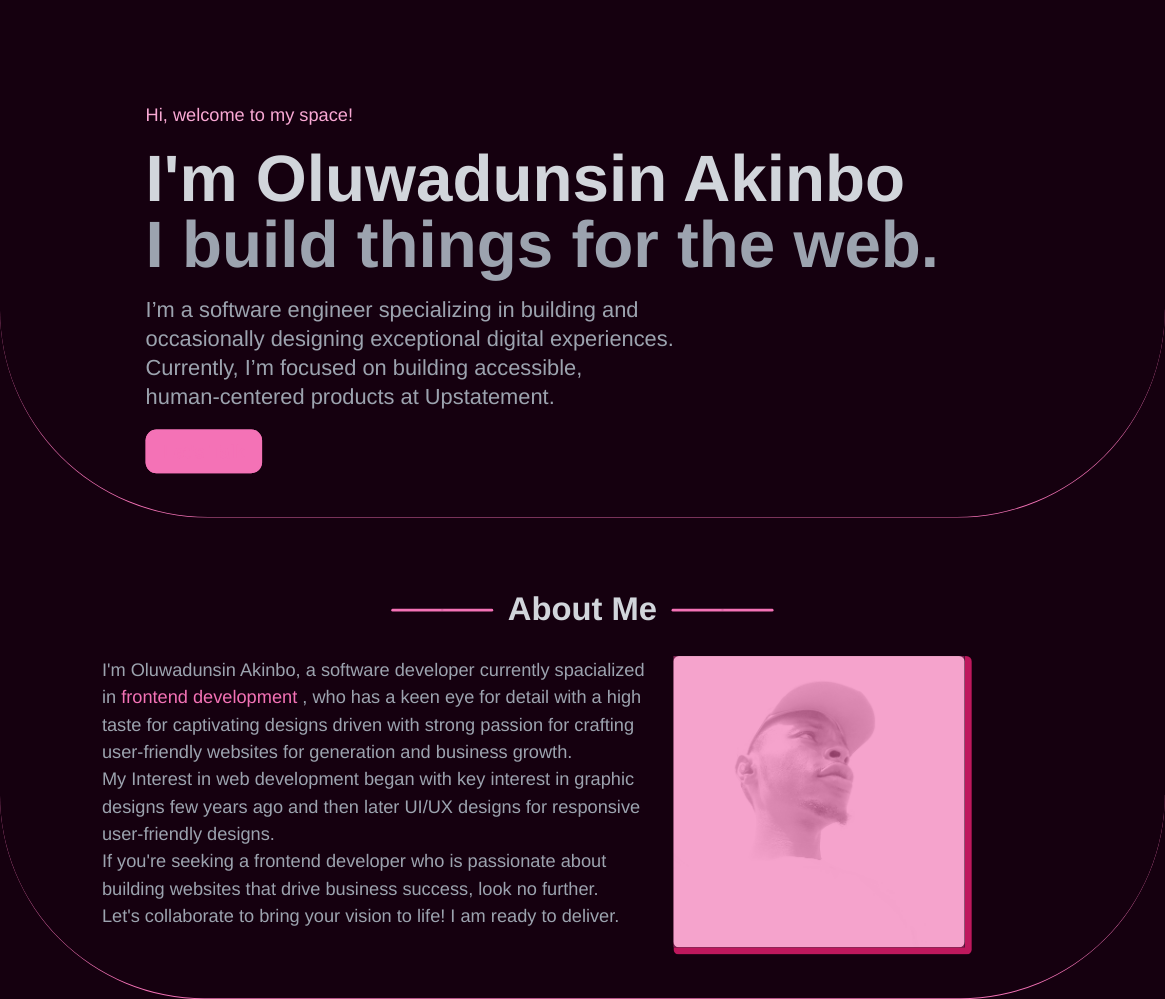
Repository: EmmyDunny1/myPortfolio
Page: / (app in MyPortfolio/)
The author's editor kept a copy of each file at every save. The page is drawn from the files as they stood at one save, then again after the next save.
The browser window is 1280 px wide. The pictures show the whole page, at 91% of full size.
The project was rebuilt for these pictures with package versions that can differ from the ones it lists, and the page was loaded fresh each time. Also part of the build but not shown: MyPortfolio/vite.config.js.

Above is the page before, as saved 2025-01-29 14:55:29.

### MyPortfolio/index.html
<!doctype html>
<html lang="en">
  <head>
    <meta charset="UTF-8" />
    <link rel="icon" type="image/svg+xml" href="/vite.svg" />
    <meta name="viewport" content="width=device-width, initial-scale=1.0" />
    <title>My Portfolio Website</title>
  </head>
  <body>
    <div id="root"></div>
    <script type="module" src="/src/main.jsx"></script>
  </body>
</html>

### MyPortfolio/src/index.css
@tailwind base;
@tailwind components;
@tailwind utilities;


body{

    max-width: 90rem;
  /* margin-left: 2rem;
  margin-right: 2rem; */
  background:   rgb(21, 0, 15);
  font-family: "Helvetica Neue";
  }

  img {
    width: 12rem;
    height: 7rem;
  }

  p{ font-size: 14px

  }

### MyPortfolio/src/App.jsx
import React from 'react'
import Navbar from './components/Navbar'
import HeroSection from './components/HeroSection'
import AboutMe from './components/AboutMe'
import Techstack from './components/Techstack'


const App = () => {
  return (
    <div>
    <div className=''> <Navbar/> </div>
    <div className='mt-[7rem] border-b border-solid border-pink-400 rounded-full pb-[3rem]'><HeroSection/> </div>
    <div className='border-b border-solid border-pink-400 rounded-full pb-[3rem]'><AboutMe/></div>
  <div> <Techstack/> </div>
    </div>
  )
}

export default App

### MyPortfolio/src/components/Navbar.jsx
import React from 'react'
import WEBCANIC from '../assets/WEBCANIC.png'
import { useState } from 'react'
import { FiMenu } from 'react-icons/fi';



const Navbar = () => {
  const [mobileDrawerOpen, setMobileDrawerOpen] = useState(false);

  //mobile menu open and close on clicking on mobile

  return (

    <div className='flex'>
    <nav className= { `${mobileDrawerOpen ? "block": "hidden" } fixed top-0 left-0 w-full bg-dark-navy shadow-sm  shadow-black text-gray-300 z-10`}>
    <div className=" flex items-center justify-between py-4 mx-[4rem]">
      <div className=" flex items-center ">

          <img src={WEBCANIC} className='h-[4rem] w-[4rem] object-cover ml-[-20%]'  alt="" />
      </div>
      <FiMenu className='lg:hidden flex h-6 w-6 cursor-pointer' onClick={() => setMobileDrawerOpen(!mobileDrawerOpen)}/>
      <div className="hidden md:flex items-center space-x-8 ">
        <a
          href="#about"
          className="hover:text-green text-sm font-mono  border-solid border-pink-300 rounded-md px-2 ">
          <div>  </div>  About
        </a>
        <a
          href="#experience"
          className="hover:text-green text-sm font-mono border-l-2 border-solid border-pink-300 rounded-md px-2">
           Experience
        </a>
        <a
          href="#work"
          className="hover:text-green text-sm font-mono border-l-2 border-solid border-pink-300 rounded-md px-2">
           Work
        </a>
        <a
          href="#work"
          className="hover:text-green text-sm font-mono border-l-2 border-solid border-pink-300 rounded-md px-2">
           Tech Stack
        </a>
        <a
          href="#contact"
          className="hover:text-green text-sm font-mono border-l-2 border-solid border-pink-300 rounded-md px-2">
           Contact
        </a>
        <a
          href="/resume.pdf"
          download
          className="border border-green text-pink-300 px-4 py-2 rounded text-sm font-mono hover:bg-green hover:text-dark-navy hover:shadow-sm hover:shadow-gray-300 hover:border-gray-300 hover:text-gray-300 transition border-pink-300">
          Resume
        </a>
      </div>

    </div>
  </nav>

  </div>
  )
}

export default Navbar

### MyPortfolio/src/components/HeroSection.jsx
import React from 'react'

const HeroSection = () => {
  return (
    <div className='block mx-[10rem] '>

      <div className=''>
        <span className='text-pink-300 text-xl '>Hi, welcome to my space!</span>
        <h1 className='text-7xl text-gray-300 pt-5 font-bold '>I'm Oluwadunsin Akinbo</h1>
        <h2 className='text-7xl text-gray-400 font-bold'>I build things for the web.</h2>

        <p className='text-2xl text-gray-400 py-5'>I’m a software engineer specializing in building and <br />occasionally designing exceptional digital experiences. <br />Currently, I’m focused on building accessible,<br /> human-centered products at Upstatement.</p>


      </div>

<button className='relative h-[3rem] w-[8rem] border-solid border-pink-400 border-2 text-pink-400 text-xl font-bold rounded-xl z-10'>Let's Talk</button>

<button className=' absolute h-[3rem] w-[8rem] bg-pink-400  text-pink-400 text-xl font-bold rounded-xl mb-10 ml-[-8rem] z-5'>Let's Talk</button>

    </div>
  )
}

export default HeroSection

### MyPortfolio/src/components/AboutMe.jsx
import React from 'react'
import { FiMinus } from 'react-icons/fi'
import myImage from '../assets/myImage.jpg'


const AboutMe = () => {
  return (
    <div className=' mx-[7rem] mt-[5rem]'>
      <div className='flex mx-auto justify-center align-center'>
      <FiMinus className='h-[2.5px] w-[7rem] mt-5 mr-4 rounded-2xl bg-pink-400'/>
        <h1 className='text-gray-300 text-4xl pb-[2rem] font-bold'>  About Me </h1>
         <FiMinus className='h-[2.5px] w-[7rem] mt-5 ml-4 rounded-2xl bg-pink-400'/>
      </div>
    <div className='flex gap-8'>
        <div className=''>
            <p className='text-gray-400 text-xl leading-normal justify-center '>I'm Oluwadunsin Akinbo, a software developer currently spacialized <br />in <span className='text-pink-400'>frontend development </span>
            , who has a keen eye for detail with a high <br />taste for captivating designs driven with strong passion for crafting <br />user-friendly websites for generation and business growth.
            <br />

               <span className='pt-10'>My Interest in web development began with key interest in graphic <br />designs few years ago and then later UI/UX designs for responsive <br />user-friendly designs.  </span>


              <br />If you're seeking a frontend developer who is passionate about <br /> building websites that drive business success, look no further.
<br />
              Let's collaborate to bring your vision to life! I am ready to deliver. </p>
        </div>
        <div className='  relative hover:translate-y-2 border-solid rounded-md border-pink-700 border-r-8 border-b-8 hover:translate-x-2 transition duration-300 '>
            <img src={myImage} alt="my picture" className='object-cover h-[20rem] w-[20rem] items-center   transition-transform rounded-md ' />
        <div className='absolute inset-0 bg-pink-500 hover:bg-gray-600 opacity-50 hover:opacity-30 '>
         </div>

         {/* <div className=' h-[20rem] w-[20rem] border-solid border-pink-500 pt-10'></div> */}
        </div>

    </div>

    </div>
  )
}

export default AboutMe

### MyPortfolio/src/components/Techstack.jsx
import React from 'react'

const Techstack = () => {
  return (
    <div>

    </div>
  )
}

export default Techstack

Loaded but not shown: MyPortfolio/src/main.jsx (common file); MyPortfolio/tailwind.config.js (common file)

After the next save:
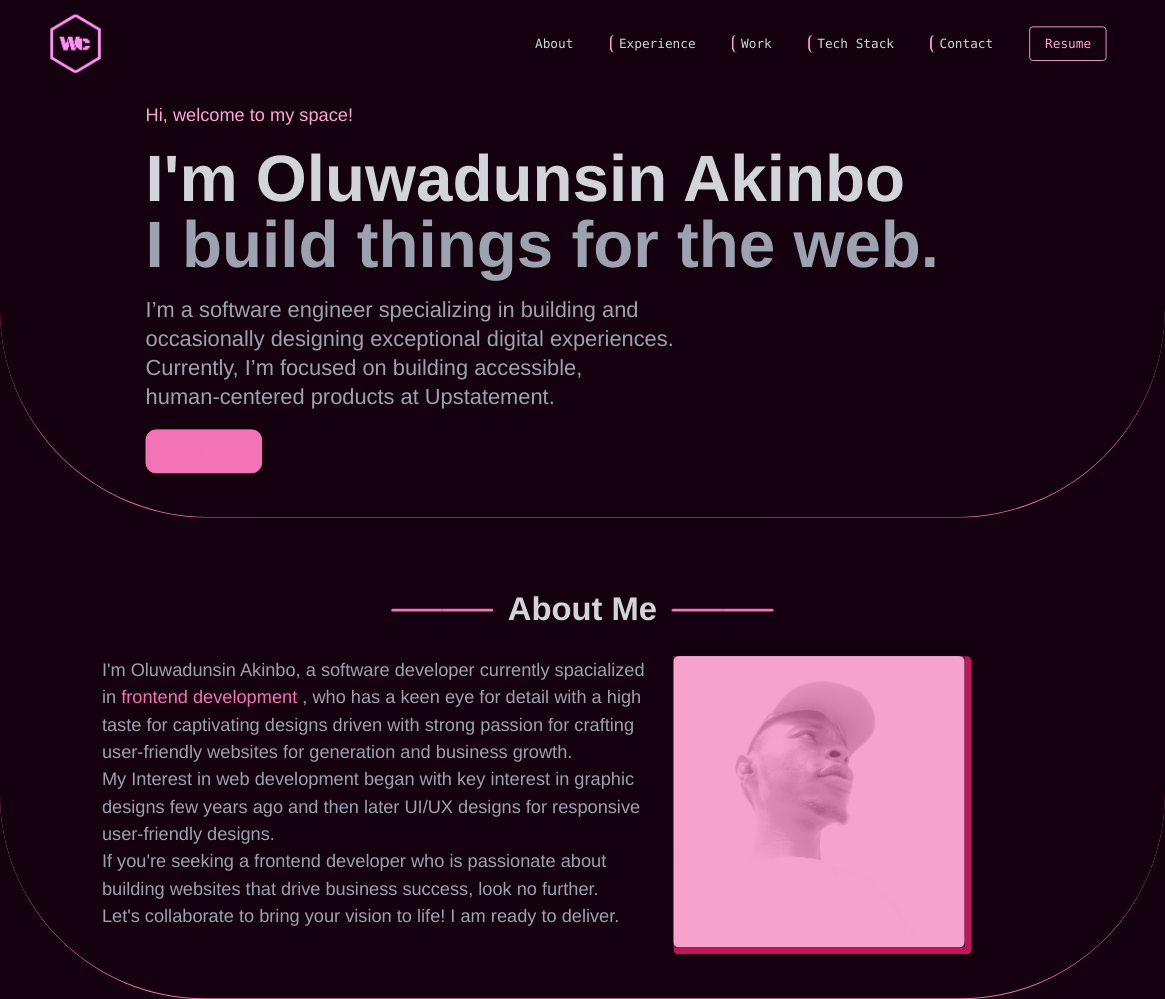
Saved 74 s later.
--- a/MyPortfolio/src/components/Navbar.jsx
+++ b/MyPortfolio/src/components/Navbar.jsx
@@ -13,7 +13,7 @@
   return (
 
     <div className='flex'>
-    <nav className= { `${mobileDrawerOpen ? "block": "hidden" } fixed top-0 left-0 w-full bg-dark-navy shadow-sm  shadow-black text-gray-300 z-10`}>
+    <nav className= { `${!mobileDrawerOpen ? "block": "hidden" } fixed top-0 left-0 w-full bg-dark-navy shadow-sm  shadow-black text-gray-300 z-10`}>
     <div className=" flex items-center justify-between py-4 mx-[4rem]">
       <div className=" flex items-center ">
 

After the 3 saves that followed:
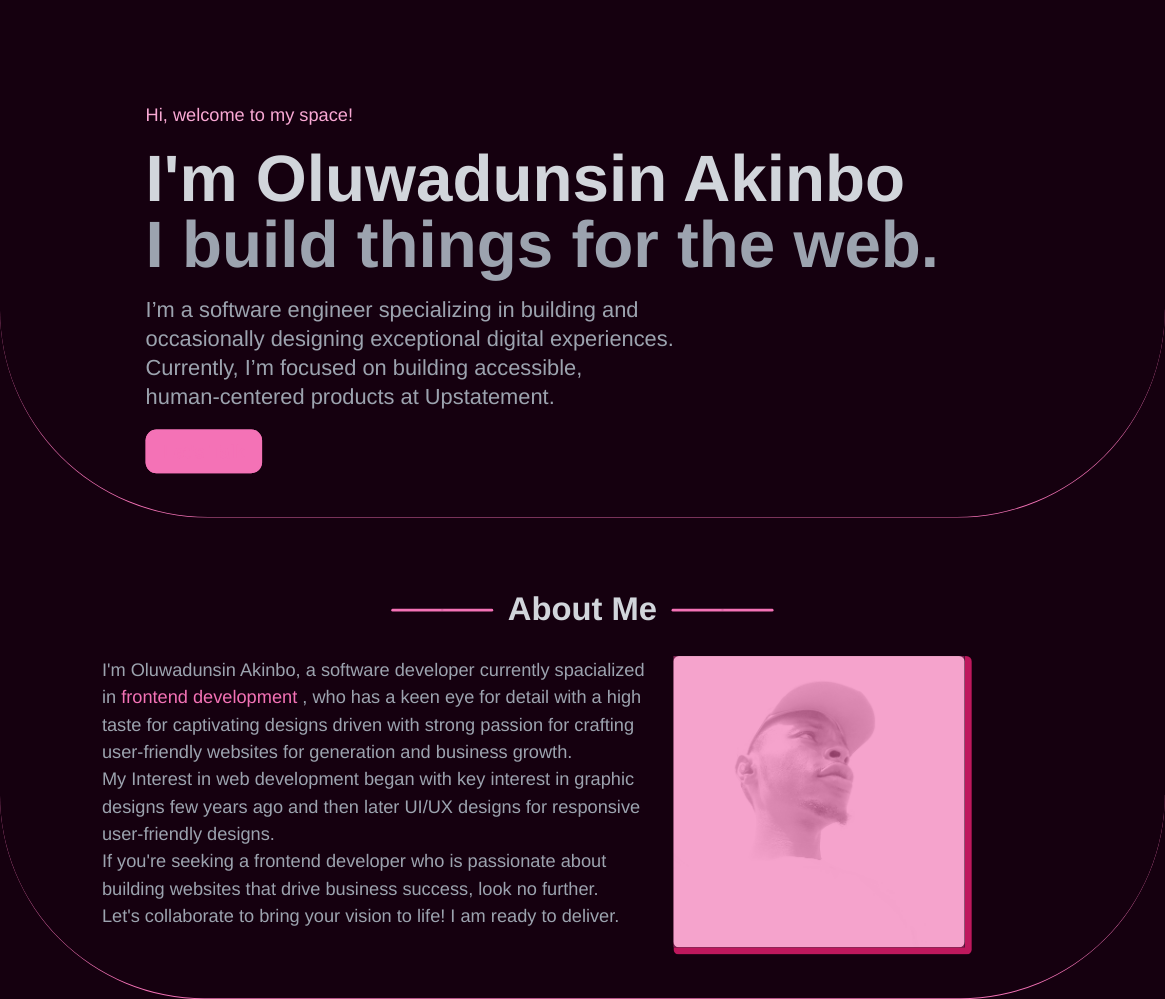
The 3 saves are shown as one change because 2 left the picture as it was.
The last was saved 3 min 35 s later.
--- a/MyPortfolio/src/components/Navbar.jsx
+++ b/MyPortfolio/src/components/Navbar.jsx
@@ -13,7 +13,7 @@
   return (
 
     <div className='flex'>
-    <nav className= { `${!mobileDrawerOpen ? "block": "hidden" } fixed top-0 left-0 w-full bg-dark-navy shadow-sm  shadow-black text-gray-300 z-10`}>
+    <nav className= { `${mobileDrawerOpen ? "block": "hidden" } fixed top-0 left-0 w-full bg-dark-navy shadow-sm  shadow-black text-gray-300 z-10`}>
     <div className=" flex items-center justify-between py-4 mx-[4rem]">
       <div className=" flex items-center ">
 
